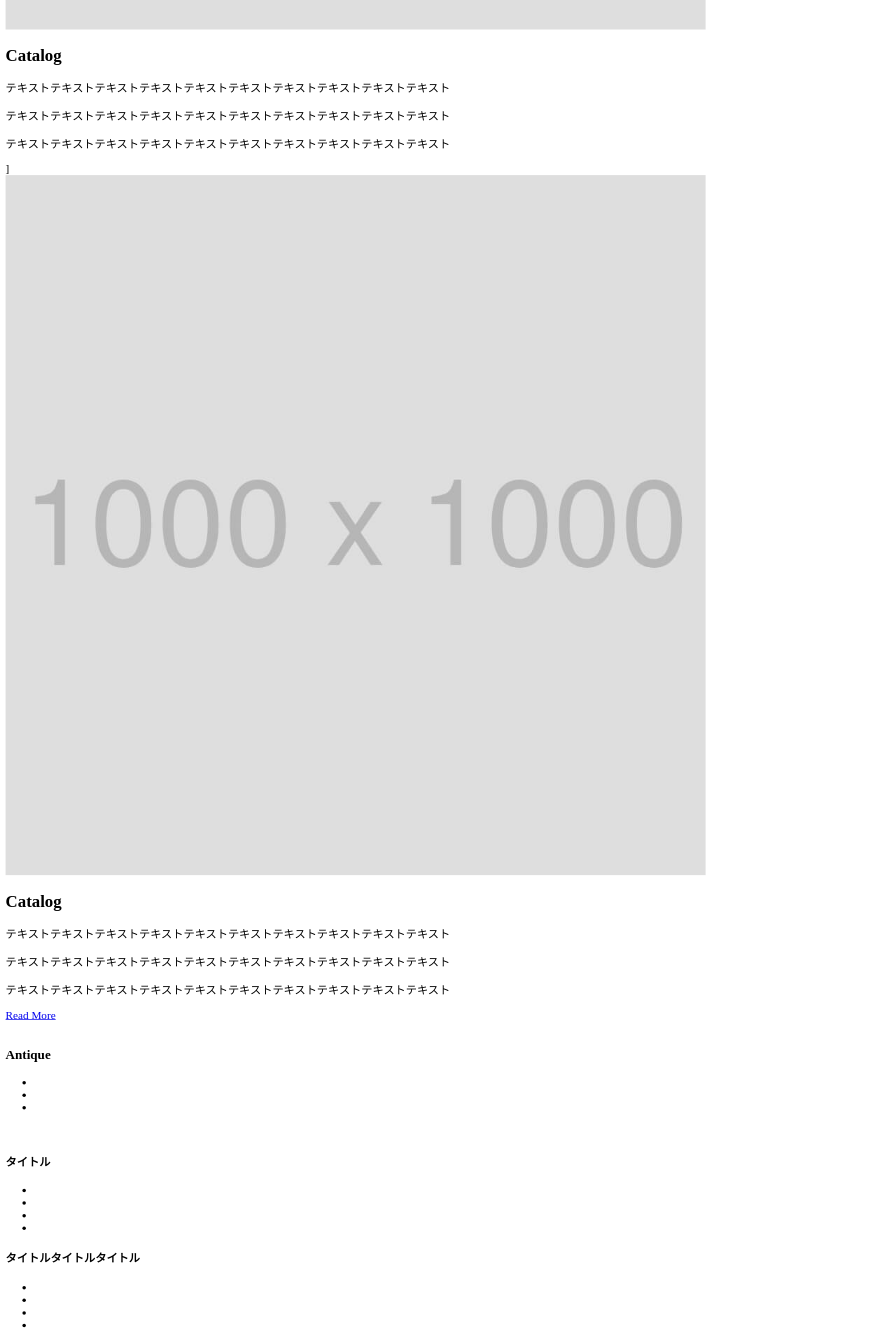
Repository: Fuki-san/bookstore
Page: http://localhost/book
The author's editor kept a copy of each file at every save. The page is drawn from the files as they stood at one save, then again after the next save.
The browser window is 1280 px wide. The pictures show the part of the page from y = 3523 to 5443 px (the page is 5475 px tall before and 4471 px after), at 70% of full size.
The page is served by the project's Laravel application, run on PHP 8.4 with Laravel 10. Other server files are loaded and not shown.

Above is the page before, as saved 2023-11-20 12:22:48.

### routes/web.php
<?php

use Illuminate\Support\Facades\Route;

/*
|--------------------------------------------------------------------------
| Web Routes
|--------------------------------------------------------------------------
|
| Here is where you can register web routes for your application. These
| routes are loaded by the RouteServiceProvider and all of them will
| be assigned to the "web" middleware group. Make something great!
|
*/

Route::get('/', function () {
    return view('welcome');
});

Route::get('book', function() {
    return view('bookstore');
})->name('book');

### resources/views/bookstore.blade.php
@extends('layouts.main')

@section('title', 'bookstore')

@section('content')
    <header>
        <h1 class="site-title"><img src="img/logo.svg" alt="Mag88"></h1>
    </header>

    <main>
        <section id="magazine" class="wrapper">
            <h2 class="sec-title">A special, long article in a newspaper or magazine</h2>
            <p>テキストテキスト</p>
            <div class="flex-item">
                <a class="item" href="#">
                    <img src="img/magazine-archive.jpg">
                    <div class="text">
                        <p class="title">Archive</p>
                        <p>
                            テキストテキストテキストテキスト<br>
                            テキストテキスト
                        </p>
                    </div>
                </a>
                <a href="#" class="item">
                    <img src="img/magazine-new.jpg">
                    <div class="text">
                        <p class="title">New</p>
                        <p>
                            テキストテキストテキストテキスト<br>
                            テキストテキスト
                        </p>
                    </div>
                </a>
            </div>
        </section>

        <section id="fashion">
            <div class="wrapper">
                <h2 class="sec-title">Fashion &amp; Style</h2>
                <p>
                テキストテキストテキストテキスト<br>
                テキストテキスト
                </p>
                <a href="#" btn>Read More</a>
            </div>
        </section>

        <section class="catalog-antique">]
            <div class="flex-item wrapper">
                <div class="item">
                    <img src="img/catalog.jpg">
                </div>
                <div class="item">
                    <h2 class="sec-title">Catalog</h2>
                    <p>テキストテキストテキストテキストテキストテキストテキストテキストテキストテキスト</p>
                    <p>テキストテキストテキストテキストテキストテキストテキストテキストテキストテキスト</p>
                    <p>テキストテキストテキストテキストテキストテキストテキストテキストテキストテキスト</p>
                </div>
            </div>
        </section>
        <section class="catalog-antique">]
            <div class="flex-item wrapper">
                <div class="item">
                    <img src="img/catalog.jpg">
                </div>
                <div class="item">
                    <h2 class="sec-title">Catalog</h2>
                    <p>テキストテキストテキストテキストテキストテキストテキストテキストテキストテキスト</p>
                    <p>テキストテキストテキストテキストテキストテキストテキストテキストテキストテキスト</p>
                    <p>テキストテキストテキストテキストテキストテキストテキストテキストテキストテキスト</p>
                    <a href="#" class="btn">Read More</a>
                </div>
            </div>
        </section>

        <section class="catalog-antique">
            <img src="">
            <h3>Antique</h3>
            <ul>
                <li></li>
                <li></li>
                <li></li>
            </ul>
        </section>

    </main>


    <footer>
        <div class="footer-menu">
            <img src="">
            <h4>タイトル</h4>
            <ul>
                <li></li>
                <li></li>
                <li></li>
                <li></li>
            </ul>
            <h4>タイトルタイトルタイトル</h4>
            <ul>
                <li></li>
                <li></li>
                <li></li>
                <li></li>
            </ul>
        </div>
        <p>&copy; Mag88</p>
    </footer>
@endsection

### resources/views/layouts/main.blade.php
<!DOCTYPE html>
<html lang="ja">
<head>
    <meta charset="UTF-8">
    <meta name="viewport" content="width=device-width, initial-scale=1.0">
    <meta http-equiv="X-UA-Compatible" content="ie=edge">
    <link rel="stylesheet" href="{{ asset('css/reset.css') }}">
    <link rel="stylesheet" href="{{ asset('css/style.css') }}">
    <link rel="icon" href="img/favicon.ico">
    <title>@yield('title')</title>
</head>
<body>
    @yield('content')
</body>
</html>

### public/img/logo.svg
<?xml version="1.0" encoding="utf-8"?>
<!-- Generator: Adobe Illustrator 15.1.0, SVG Export Plug-In . SVG Version: 6.00 Build 0)  -->
<!DOCTYPE svg PUBLIC "-//W3C//DTD SVG 1.1//EN" "http://www.w3.org/Graphics/SVG/1.1/DTD/svg11.dtd">
<svg version="1.1" id="レイヤー_1" xmlns="http://www.w3.org/2000/svg" xmlns:xlink="http://www.w3.org/1999/xlink" x="0px"
	 y="0px" width="120px" height="40px" viewBox="0 0 120 40" enable-background="new 0 0 120 40" xml:space="preserve">
<text transform="matrix(1 0 0 1 11.667 -25.8213)" fill="#2B3137" font-family="'Arial-BoldMT'" font-size="31.8021">Mag88</text>
<rect fill="#2A2A2A" width="120" height="40"/>
<g>
	<path fill="#FFFFFF" d="M13.351,29.333V6.568h6.879l4.13,15.529l4.084-15.529h6.895v22.765h-4.271v-17.92l-4.519,17.92h-4.425
		l-4.503-17.92v17.92H13.351z"/>
	<path fill="#FFFFFF" d="M43.134,17.872l-3.96-0.714c0.445-1.595,1.211-2.774,2.299-3.54c1.087-0.766,2.701-1.149,4.845-1.149
		c1.946,0,3.396,0.23,4.348,0.69c0.952,0.461,1.623,1.047,2.011,1.756c0.389,0.709,0.582,2.01,0.582,3.904l-0.046,5.094
		c0,1.449,0.069,2.518,0.21,3.207c0.139,0.688,0.4,1.426,0.783,2.213h-4.316c-0.113-0.29-0.254-0.72-0.419-1.289
		c-0.073-0.259-0.124-0.43-0.155-0.513c-0.746,0.725-1.543,1.269-2.392,1.63c-0.849,0.363-1.755,0.544-2.718,0.544
		c-1.697,0-3.035-0.46-4.014-1.382s-1.467-2.086-1.467-3.494c0-0.932,0.222-1.762,0.667-2.492c0.444-0.73,1.069-1.289,1.871-1.677
		c0.802-0.389,1.959-0.728,3.471-1.018c2.039-0.383,3.452-0.739,4.239-1.071v-0.435c0-0.839-0.207-1.437-0.621-1.794
		s-1.195-0.535-2.345-0.535c-0.776,0-1.382,0.152-1.817,0.458C43.755,16.571,43.403,17.106,43.134,17.872z M48.973,21.413
		c-0.559,0.187-1.444,0.409-2.655,0.668c-1.212,0.259-2.003,0.512-2.376,0.761c-0.569,0.403-0.854,0.916-0.854,1.537
		c0,0.61,0.227,1.14,0.683,1.584c0.456,0.445,1.035,0.667,1.739,0.667c0.787,0,1.537-0.258,2.252-0.775
		c0.527-0.394,0.875-0.875,1.04-1.444c0.114-0.373,0.171-1.081,0.171-2.128V21.413z"/>
	<path fill="#FFFFFF" d="M57.157,30.419l4.984,0.605c0.083,0.58,0.274,0.979,0.574,1.196c0.414,0.311,1.066,0.466,1.957,0.466
		c1.139,0,1.992-0.171,2.563-0.512c0.383-0.229,0.673-0.596,0.869-1.104c0.135-0.362,0.202-1.029,0.202-2.003v-2.407
		c-1.304,1.781-2.95,2.672-4.938,2.672c-2.215,0-3.97-0.938-5.264-2.811c-1.015-1.48-1.521-3.324-1.521-5.529
		c0-2.764,0.664-4.875,1.995-6.335c1.33-1.46,2.983-2.189,4.962-2.189c2.039,0,3.721,0.896,5.046,2.687v-2.314h4.084V27.64
		c0,1.946-0.161,3.4-0.481,4.363s-0.771,1.719-1.351,2.268c-0.58,0.549-1.354,0.979-2.321,1.289
		c-0.969,0.311-2.192,0.466-3.673,0.466c-2.795,0-4.778-0.479-5.947-1.437c-1.17-0.957-1.755-2.172-1.755-3.642
		C57.141,30.802,57.147,30.626,57.157,30.419z M61.054,20.745c0,1.75,0.339,3.031,1.017,3.844c0.679,0.813,1.515,1.219,2.508,1.219
		c1.066,0,1.967-0.416,2.703-1.25c0.734-0.834,1.102-2.068,1.102-3.703c0-1.709-0.352-2.977-1.056-3.805s-1.595-1.242-2.671-1.242
		c-1.045,0-1.907,0.406-2.586,1.219C61.393,17.839,61.054,19.079,61.054,20.745z"/>
	<path fill="#FFFFFF" d="M79.797,17.05c-1.129-0.477-1.949-1.131-2.462-1.965c-0.513-0.833-0.769-1.746-0.769-2.74
		c0-1.697,0.593-3.101,1.778-4.208c1.185-1.107,2.87-1.662,5.054-1.662c2.164,0,3.844,0.554,5.039,1.662
		c1.196,1.108,1.794,2.511,1.794,4.208c0,1.056-0.274,1.995-0.823,2.818c-0.549,0.822-1.32,1.451-2.313,1.887
		c1.263,0.508,2.224,1.248,2.88,2.221c0.658,0.973,0.986,2.096,0.986,3.369c0,2.102-0.67,3.811-2.011,5.125
		s-3.124,1.972-5.349,1.972c-2.071,0-3.795-0.544-5.172-1.63c-1.625-1.284-2.438-3.045-2.438-5.28c0-1.231,0.305-2.362,0.916-3.394
		C77.52,18.403,78.482,17.608,79.797,17.05z M80.293,22.407c0,1.201,0.309,2.138,0.924,2.811c0.616,0.673,1.385,1.01,2.307,1.01
		c0.9,0,1.646-0.324,2.236-0.971c0.59-0.647,0.885-1.582,0.885-2.803c0-1.066-0.301-1.924-0.9-2.57
		c-0.602-0.646-1.361-0.971-2.283-0.971c-1.066,0-1.861,0.367-2.383,1.103C80.555,20.751,80.293,21.548,80.293,22.407z
		 M80.698,12.655c0,0.869,0.246,1.547,0.737,2.034c0.491,0.486,1.146,0.729,1.964,0.729c0.828,0,1.491-0.246,1.988-0.737
		s0.745-1.173,0.745-2.042c0-0.818-0.246-1.473-0.737-1.965c-0.492-0.491-1.142-0.737-1.949-0.737c-0.838,0-1.506,0.249-2.003,0.745
		C80.946,11.18,80.698,11.837,80.698,12.655z"/>
	<path fill="#FFFFFF" d="M97.484,17.05c-1.128-0.477-1.948-1.131-2.462-1.965c-0.512-0.833-0.768-1.746-0.768-2.74
		c0-1.697,0.592-3.101,1.777-4.208c1.186-1.107,2.871-1.662,5.055-1.662c2.164,0,3.844,0.554,5.039,1.662
		c1.195,1.108,1.793,2.511,1.793,4.208c0,1.056-0.273,1.995-0.822,2.818c-0.549,0.822-1.32,1.451-2.314,1.887
		c1.264,0.508,2.224,1.248,2.881,2.221c0.658,0.973,0.986,2.096,0.986,3.369c0,2.102-0.67,3.811-2.012,5.125
		c-1.34,1.314-3.123,1.972-5.349,1.972c-2.071,0-3.794-0.544-5.171-1.63c-1.625-1.284-2.438-3.045-2.438-5.28
		c0-1.231,0.305-2.362,0.916-3.394C95.207,18.403,96.168,17.608,97.484,17.05z M97.981,22.407c0,1.201,0.308,2.138,0.924,2.811
		c0.615,0.673,1.385,1.01,2.307,1.01c0.9,0,1.646-0.324,2.235-0.971c0.591-0.647,0.886-1.582,0.886-2.803
		c0-1.066-0.301-1.924-0.901-2.57s-1.361-0.971-2.282-0.971c-1.066,0-1.861,0.367-2.384,1.103S97.981,21.548,97.981,22.407z
		 M98.385,12.655c0,0.869,0.245,1.547,0.736,2.034c0.492,0.486,1.146,0.729,1.965,0.729c0.828,0,1.49-0.246,1.988-0.737
		c0.496-0.491,0.744-1.173,0.744-2.042c0-0.818-0.246-1.473-0.736-1.965c-0.492-0.491-1.143-0.737-1.949-0.737
		c-0.839,0-1.506,0.249-2.004,0.745C98.633,11.18,98.385,11.837,98.385,12.655z"/>
</g>
</svg>

Loaded but not shown: public/css/style.css (no copy from this time; the picture is the same without it)

After the next save:
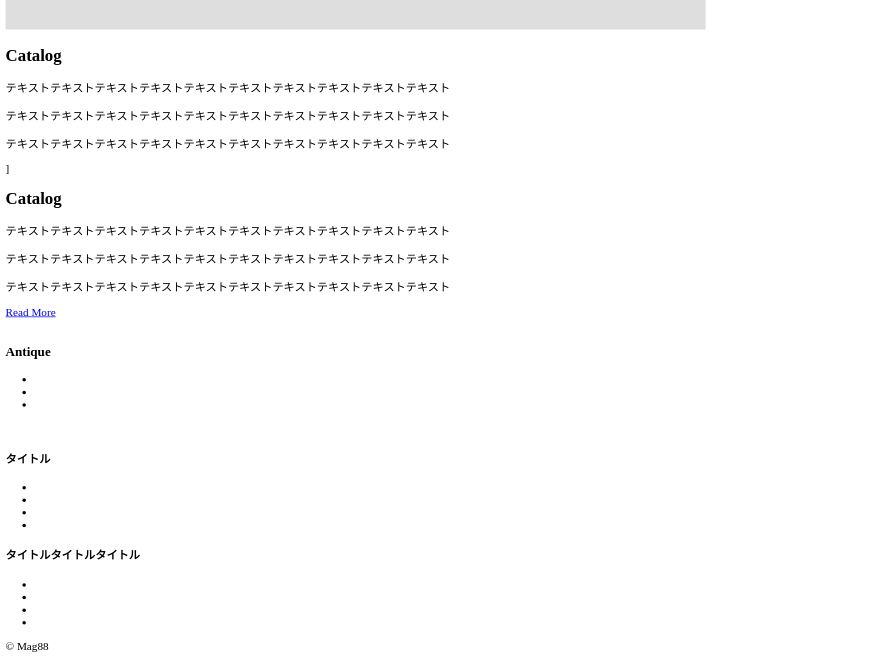
Saved 21 s later.
--- a/resources/views/bookstore.blade.php
+++ b/resources/views/bookstore.blade.php
@@ -62,9 +62,6 @@
         <section class="catalog-antique">]
             <div class="flex-item wrapper">
                 <div class="item">
-                    <img src="img/catalog.jpg">
-                </div>
-                <div class="item">
                     <h2 class="sec-title">Catalog</h2>
                     <p>テキストテキストテキストテキストテキストテキストテキストテキストテキストテキスト</p>
                     <p>テキストテキストテキストテキストテキストテキストテキストテキストテキストテキスト</p>
